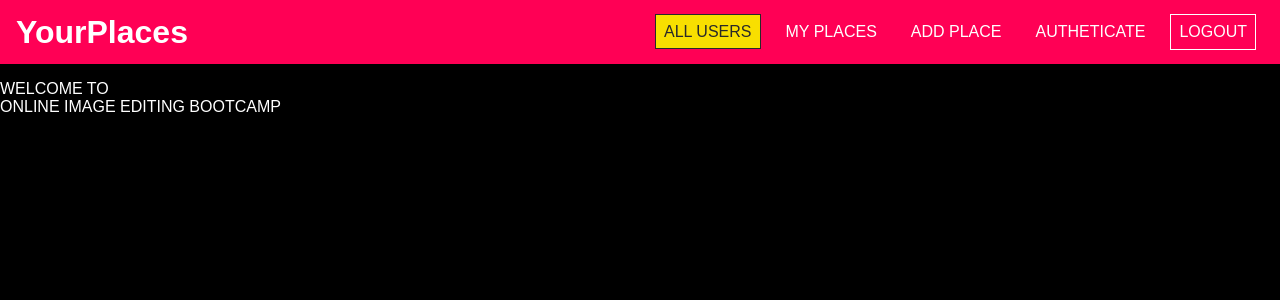
Repository: TanviSanyal/ImageEditingBootcamp
Page: /
These files come from the project's save history. The page is drawn as it stood at one moment and after the next save; the edit follows.
The browser window is 1280 px wide. The pictures show the whole page.
The project was rebuilt for these pictures with package versions that can differ from the ones it lists, and the page was loaded fresh each time. Also part of the build but not shown: src/shared/components/navigation/SideDrawer.css, src/shared/components/UIElements/Backdrop.css, src/shared/components/UIElements/Backdrop.js.

Above is the page before, as saved 2020-09-26 22:45:55.

### public/index.html
<!DOCTYPE html>
<html lang="en">
  <head>
    <meta charset="utf-8" />
    <link rel="icon" href="%PUBLIC_URL%/favicon.ico" />
    <meta name="viewport" content="width=device-width, initial-scale=1" />
    <meta name="theme-color" content="#000000" />
    <meta
      name="description"
      content="Web site created using create-react-app"
    />
    <link rel="apple-touch-icon" href="%PUBLIC_URL%/logo192.png" />
    <link rel="manifest" href="%PUBLIC_URL%/manifest.json" />
    <title>React App</title>
  </head>
  <body>
    <noscript>You need to enable JavaScript to run this app.</noscript>
    <div id="backdrop-hook"></div>
    <div id="modal-hook"></div>
    <div id="drawer-hook"></div>
    <div id="root"></div>
  </body>
</html>

### src/index.css
@import url('https://fonts.googleapis.com/css?family=Open+Sans:400,700&display=swap');

* {
  box-sizing: border-box;
}

html {
  font-family:Arial, Helvetica, sans-serif;
	font-weight:normal;
}

body {
  margin: 0;
  background: black;
}

### src/App.js
import React from 'react';
import {
  BrowserRouter as Router,
  Route,
  Redirect,
  Switch
} from 'react-router-dom';
import './App.css'
import MainNavigation from '../src/shared/components/navigation/MainNavigation';


const App = () => {

  // <Switch>
  //   <Route path="/" exact>
  //     {/* <Users /> */}
  //   </Route>
  //   <Route path="/:userId/places" exact>
  //     {/* <UserPlaces /> */}
  //   </Route>
  //   <Route path="/places/new" exact>
  //     {/* <NewPlace /> */}
  //   </Route>
  //   <Route path='/places/:placeId'>
  //     {/* <UpdatePlace /> */}
  //   </Route>
  //   <Redirect to="/" />
  // </Switch>

  return (
    <Router>
      <MainNavigation />
      <main className="main-body">
        <span>welcome to</span>
        <span> Online Image Editing Bootcamp</span>
      </main>
    </Router>
  );
};

export default App;

### src/App.css
.main-body span{
  color: white;
  text-transform: uppercase;
  display: block;
}

### src/shared/components/navigation/MainNavigation.js
import React, { useState } from 'react';
import { Link } from 'react-router-dom';

import MainHeader from './MainHeader';
import NavLinks from './NavLinks';
import SideDrawer from './SideDrawer';
import Backdrop from '../UIElements/Backdrop';
import './MainNavigation.css';

const MainNavigation = props => {
  const [drawerIsOpen, setDrawerIsOpen] = useState(false);

  const openDrawerHandler = () => {
    setDrawerIsOpen(true);
  };

  const closeDrawerHandler = () => {
    setDrawerIsOpen(false);
  };

  return (
    <React.Fragment>
      {drawerIsOpen && <Backdrop onClick={closeDrawerHandler} />}
      <SideDrawer show={drawerIsOpen} onClick={closeDrawerHandler}>
        <nav className="main-navigation__drawer-nav">
          <NavLinks />
        </nav>
      </SideDrawer>

      <MainHeader>
        <button className="main-navigation__menu-btn" onClick={openDrawerHandler}>
          <span />
          <span />
          <span />
        </button>
        <h1 className="main-navigation__title">
          <Link to="/">YourPlaces</Link>
        </h1>
        <nav className="main-navigation__header-nav">
          <NavLinks />
        </nav>
      </MainHeader>
    </React.Fragment>
  );
};

export default MainNavigation;

### src/shared/components/navigation/MainHeader.js
import React from 'react';

import './MainHeader.css';

const MainHeader = props => {
  return <header className="main-header">{props.children}</header>;
};

export default MainHeader;

### src/shared/components/navigation/NavLinks.js
import React,{useContext} from 'react';
import './NavLinks.css';
import {NavLink} from 'react-router-dom';
// import {AuthContext} from '../../context/auth-context';

const NavLinks = props => {

    // const auth = useContext(AuthContext);
    return(
        <ul className="nav-links">
            <li>
                <NavLink to="/" exact>ALL USERS</NavLink>
            </li>
           <li>
                <NavLink to="/u1/places">MY PLACES</NavLink>
            </li>
           <li>
                <NavLink to="/places/new">ADD PLACE</NavLink>
            </li>
            <li>
                <NavLink to="/auth">AUTHETICATE</NavLink>
            </li>
             <li><button >LOGOUT</button></li>
        </ul>
    );
};

export default NavLinks;

### src/shared/components/navigation/MainNavigation.css
.main-navigation__menu-btn {
    width: 3rem;
    height: 3rem;
    background: transparent;
    border: none;
    display: flex;
    flex-direction: column;
    justify-content: space-around;
    margin-right: 2rem;
    cursor: pointer;
  }

  .main-navigation__menu-btn span {
    display: block;
    width: 3rem;
    height: 2.5px;
    background: white;
  }

  .main-navigation__title {
    color: white;
  }

  .main-navigation__title a {
    text-decoration: none;
    color: white;
  }

  .main-navigation__header-nav {
    display: none;
  }

  .main-navigation__drawer-nav {
    height: 100%;
  }

  @media (min-width: 768px) {
    .main-navigation__menu-btn {
      display: none;
    }

    .main-navigation__header-nav {
      display: block;
    }
  }

### src/shared/components/navigation/NavLinks.css
.nav-links {
    list-style: none;
    margin: 0;
    padding: 0;
    width: 100%;
    height: 100%;
    display: flex;
    flex-direction: column;
    justify-content: center;
    align-items: center;
  }

  .nav-links li {
    margin: 1rem;
  }

  .nav-links a {
    border: 1px solid transparent;
    color: #292929;
    text-decoration: none;
    padding: 0.5rem;
  }

  .nav-links a:hover,
  .nav-links a:active,
  .nav-links a.active {
    background: #f8df00;
    border-color: #292929;
    color: #292929;
  }

  .nav-links button {
    cursor: pointer;
    border: 1px solid #292929;
    color: #292929;
    background: transparent;
    padding: 0.5rem;
    font: inherit;
  }

  .nav-links button:focus {
    outline: none;
  }

  .nav-links button:hover,
  .nav-links button:active {
    background: #292929;
    color: white;
  }

  @media (min-width: 768px) {
    .nav-links {
      flex-direction: row;
    }

    .nav-links li {
      margin: 0 0.5rem;
    }

    .nav-links a {
      color: white;
      text-decoration: none;
    }

    .nav-links button {
      border: 1px solid white;
      color: white;
      background: transparent;
    }

    .nav-links button:hover,
    .nav-links button:active {
      background: #f8df00;
      color: #292929;
    }
  }

Loaded but not shown: src/index.js (common file); src/shared/components/navigation/SideDrawer.js (common file); src/shared/components/navigation/MainHeader.css (common file)

After the next save:
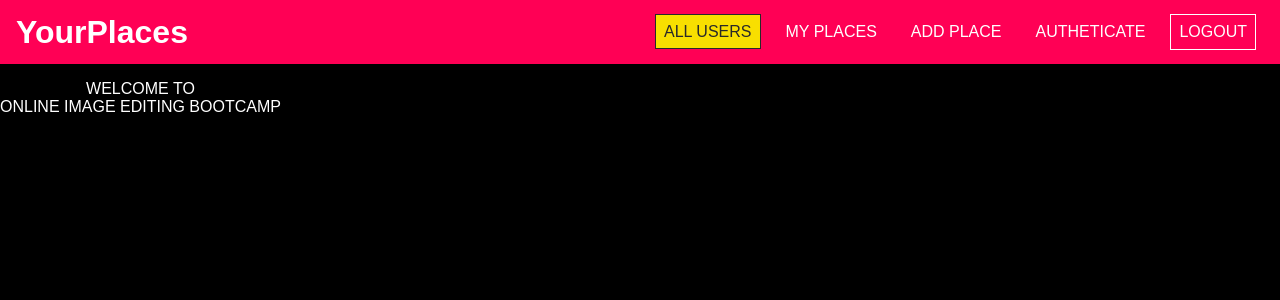
Saved 29 s later.
--- a/src/App.css
+++ b/src/App.css
@@ -3,3 +3,7 @@
   text-transform: uppercase;
   display: block;
 }
+.main-body{
+  text-align: center;
+  position: absolute;
+}
